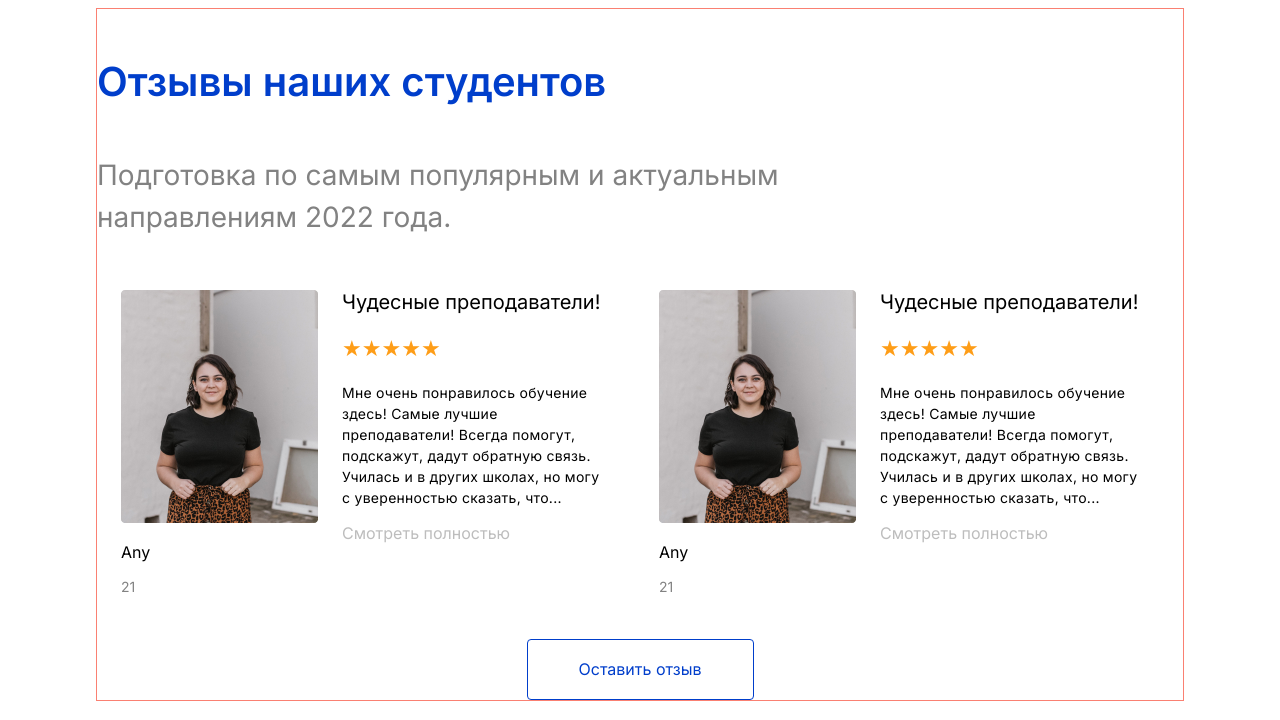
Repository: Malvuna/Studi
Page: index.html
These files come from the project's save history. The page is drawn as it stood at one moment and after a run of saves; the edit follows.
The browser window is 1280 px wide. The pictures show the whole page.

Above is the page before, as saved 2022-07-11 18:03:46.

### index.html

<!DOCTYPE html>
<html lang="en">
  <head>
    <meta charset="UTF-8" />
    <meta http-equiv="X-UA-Compatible" content="IE=edge" />
    <meta name="viewport" content="width=device-width, initial-scale=1.0" />
    <link rel="stylesheet" href="./css/style.css" />
    <link rel="preconnect" href="https://fonts.googleapis.com">
    <link rel="preconnect" href="https://fonts.gstatic.com" crossorigin>
    <link href="https://fonts.googleapis.com/css2?family=Caveat:wght@400;600;700&family=Inter:wght@400;600;700&display=swap" rel="stylesheet">
  <body>
    <header>
    </header>

    <main>
      <div id="container" class="container">

      <p class="h1">Отзывы наших студентов</p>
      <p class="head">Подготовка по самым популярным и актуальным </br> направлениям 2022 года.</p>
      <div id="divAllCard"> </div>
      <div id="navigator"></div>
      <button class="button">Оставить отзыв</button>

    </div>
    </main>


    <footer>

    </footer>

  </body>
  <script type="module" src="./javascript/javascript.js"></script>
</html>

### css/style.css
body {
  background-color: white;
}

.container {
  width: 1086px;
  border: 1px salmon solid;
  text-align: left;
  margin: 0 auto
}

.h1 {
  font-family: "Inter";
  font-style: normal;
  font-weight: 600;
  font-size: 40px;
  line-height: 65px;
  color: #003ecb;
}

.head {
  font-family: "Inter";
  font-style: normal;
  font-weight: 400;
  font-size: 28px;
  line-height: 42px;
  color: #828282;
}

.divAllCard {
  display: flex;
}

.divOneCard {
  width: 490px;
  height: 325px;
  background-color: white;
  display: flex;
  padding: 24px 24px;
}

.textName {
  font-family: "Inter";
  font-style: normal;
  font-weight: 400;
  font-size: 16px;
  line-height: 19px;
  color: #000000;
}

.textAge {
  font-family: "Inter";
  font-style: normal;
  font-weight: 400;
  font-size: 14px;
  line-height: 17px;
  color: #828282;
}

.cardRight {
  padding-left: 24px;
}


.textHead {
  font-family: "Inter";
  font-style: normal;
  font-weight: 500;
  font-size: 20px;
  line-height: 24px;
  color: #000000;
  margin-top: 0;
}

.textStar {
  font-family: "Inter";
  font-style: normal;
  font-weight: 500;
  font-size: 22px;
  line-height: 24px;
  color: #fe9d17;
}

.textText {
  font-family: "Inter";
  font-style: normal;
  font-weight: 400;
  font-size: 14px;
  line-height: 21px;
  letter-spacing: 0.02em;
  color: #000000;
}

.textAll {
  font-family: "Inter";
  font-style: normal;
  font-weight: 400;
  font-size: 16px;
  line-height: 19px;
  color: #bdbdbd;
}

.navigator{
    display: block;
    justify-content: space-between;
}

.button {
  width: 227px;
  height: 61px;

  background: #ffffff;
  border: 1px solid #003ecb;
  border-radius: 4px;

  font-family: "Inter";
  font-style: normal;
  font-weight: 500;
  font-size: 16px;
  line-height: 45px;
  color: #003ecb;

  margin: 0 auto;
  display: block;
}

### javascript/javascript.js
//Общий контейнер
let container = document.querySelector("#container");

//див с карточками
let divAllCard = document.querySelector("#divAllCard");
divAllCard.className = "divAllCard";

//див одной карточки
let divOneCard = document.createElement("div");
divOneCard.className = "divOneCard";
divAllCard.append(divOneCard);


//карточка левый блок
let cardLeft = document.createElement("div");
divOneCard.append(cardLeft);

let cardImg = document.createElement("img");
cardImg.src = "/img/Photo.jpg"
cardLeft.append(cardImg);

let textName = document.createElement("p");
textName.innerHTML = "Any";
textName.className = "textName";
cardLeft.append(textName);

let textAge = document.createElement("p");
textAge.innerHTML = "21";
textAge.className = "textAge";
cardLeft.append(textAge);

//карточка парвый блок
let cardRight = document.createElement("div");
cardRight.className = "cardRight";
divOneCard.append(cardRight);

let textHead = document.createElement("p");
textHead.innerHTML = "Чудесные преподаватели!";
textHead.className = "textHead";
cardRight.append(textHead);

let textStar = document.createElement("p");
textStar.innerHTML = "★★★★★";
textStar.className = "textStar";
cardRight.append(textStar);

let textText = document.createElement("p");
textText.innerHTML = "Мне очень понравилось  обучение здесь! Самые лучшие преподаватели! Всегда помогут, подскажут, дадут обратную связь. Училась и в других школах, но могу с уверенностью сказать, что...";
textText.className = "textText";
cardRight.append(textText);

let textAll = document.createElement("p");
textAll.innerHTML = "Смотреть полностью";
textAll.className = "textAll";
cardRight.append(textAll);


// вторая карточка
var divTwoCard = divOneCard.cloneNode(true);
divAllCard.append(divTwoCard);

After the next 3 saves:
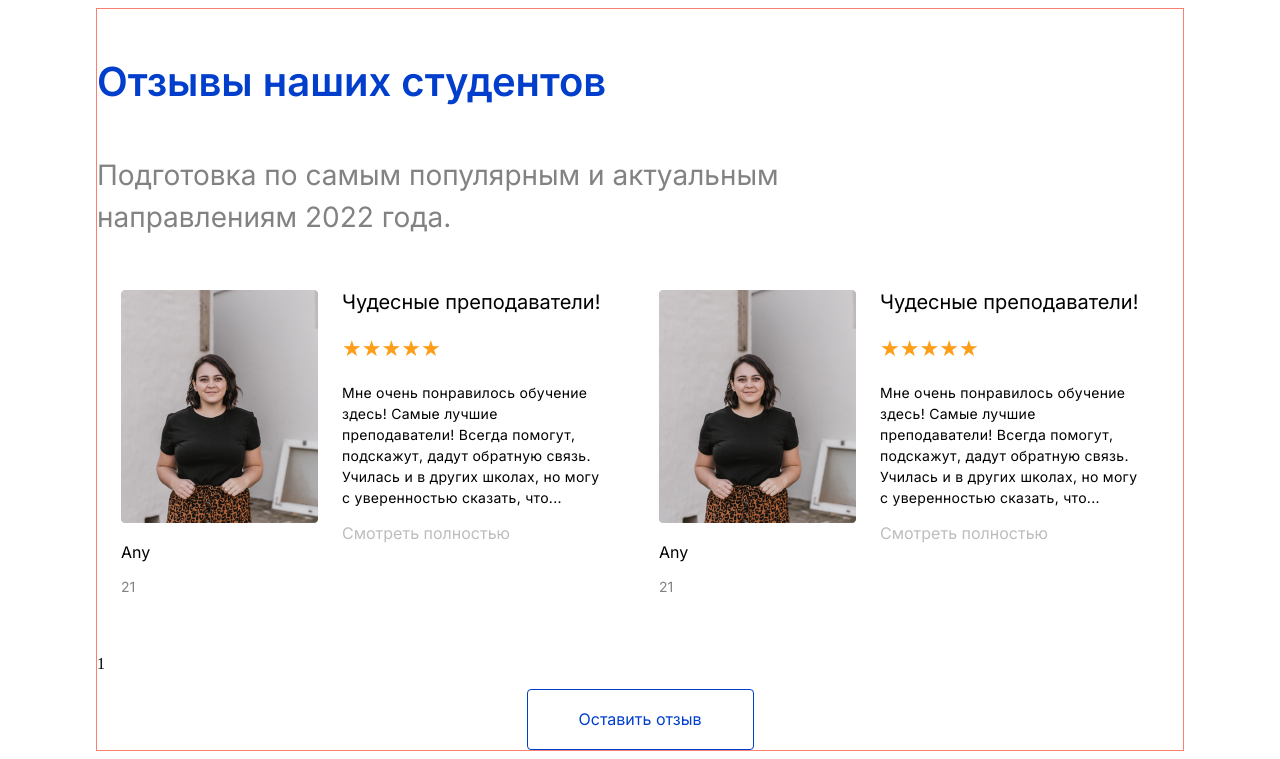
The 3 saves are shown as one change because they came seconds apart.
The last was saved 11 s later.
--- a/index.html
+++ b/index.html
@@ -19,7 +19,9 @@
       <p class="h1">Отзывы наших студентов</p>
       <p class="head">Подготовка по самым популярным и актуальным </br> направлениям 2022 года.</p>
       <div id="divAllCard"> </div>
-      <div id="navigator"></div>
+      <div id="navigator">
+        <p>1</p>
+      </div>
       <button class="button">Оставить отзыв</button>
 
     </div>
